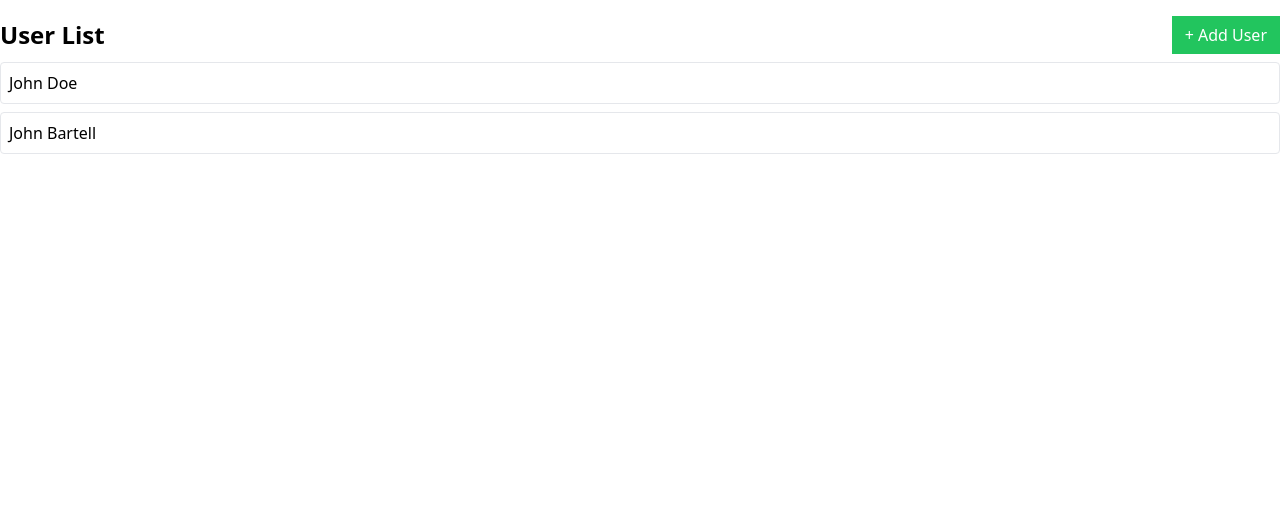
Repository: Marhamat92/users-app-redux-thunk-and-query
Page: /
An editor plug-in stored every save of this project. The page is shown before and after the next save, followed by the edit.
The browser window is 1280 px wide. The pictures show the whole page.
The project was rebuilt for these pictures with package versions that can differ from the ones it lists, and the page was loaded fresh each time. Requests to the local data server were answered from the project's data file.

Above is the page before, as saved 2023-01-30 20:26:09.

After the next save:
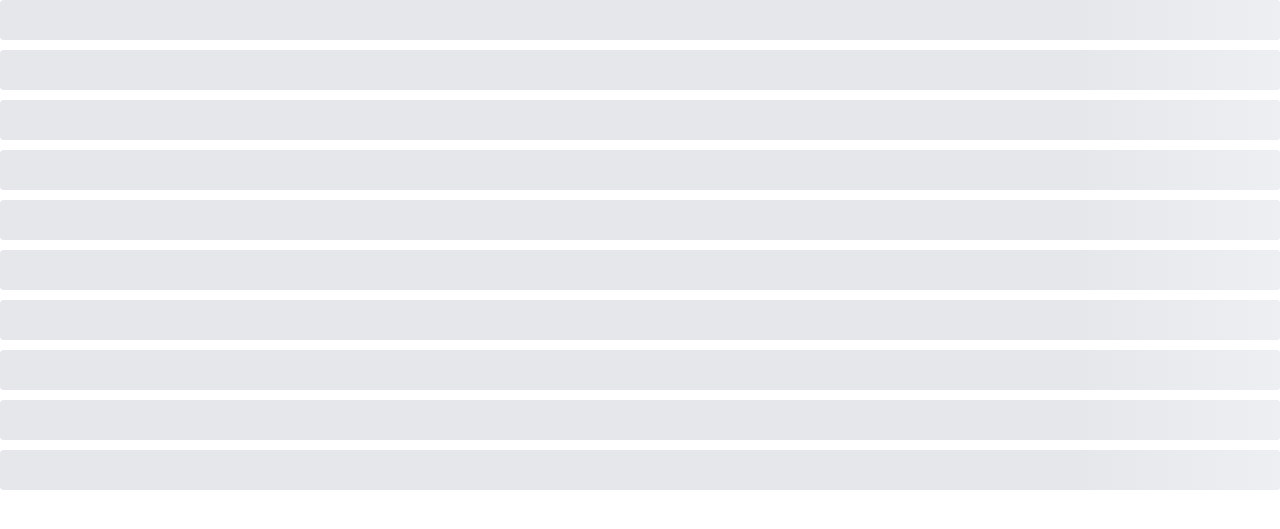
Saved 68 s later.
--- a/src/store/thunks/fetchUsers.js
+++ b/src/store/thunks/fetchUsers.js
@@ -14,7 +14,7 @@
 const pause = (duration) => {
   return new Promise((resolve) => {
     setTimeout(() => {
-      resolve()
+      resolve
     }, duration)
   })
 }

After the save that followed:
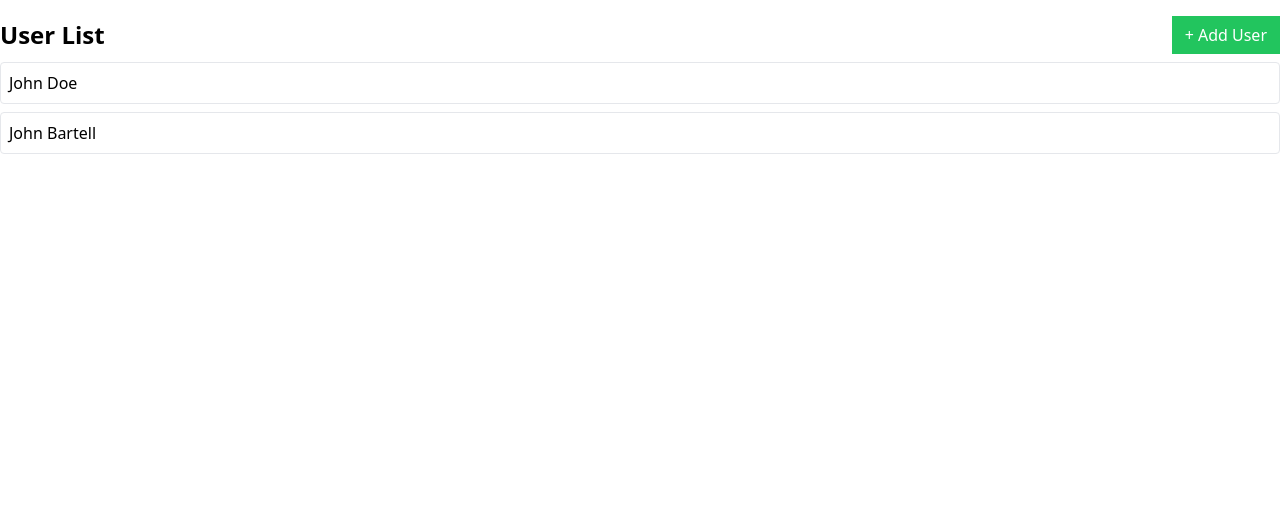
Saved 51 s later.
--- a/src/store/thunks/fetchUsers.js
+++ b/src/store/thunks/fetchUsers.js
@@ -13,9 +13,8 @@
 //!lets add short pause for development test to see if loading works or not (we will remove it later)
 const pause = (duration) => {
   return new Promise((resolve) => {
-    setTimeout(() => {
-      resolve
-    }, duration)
+    setTimeout(
+      resolve, duration)
   })
 }
 
